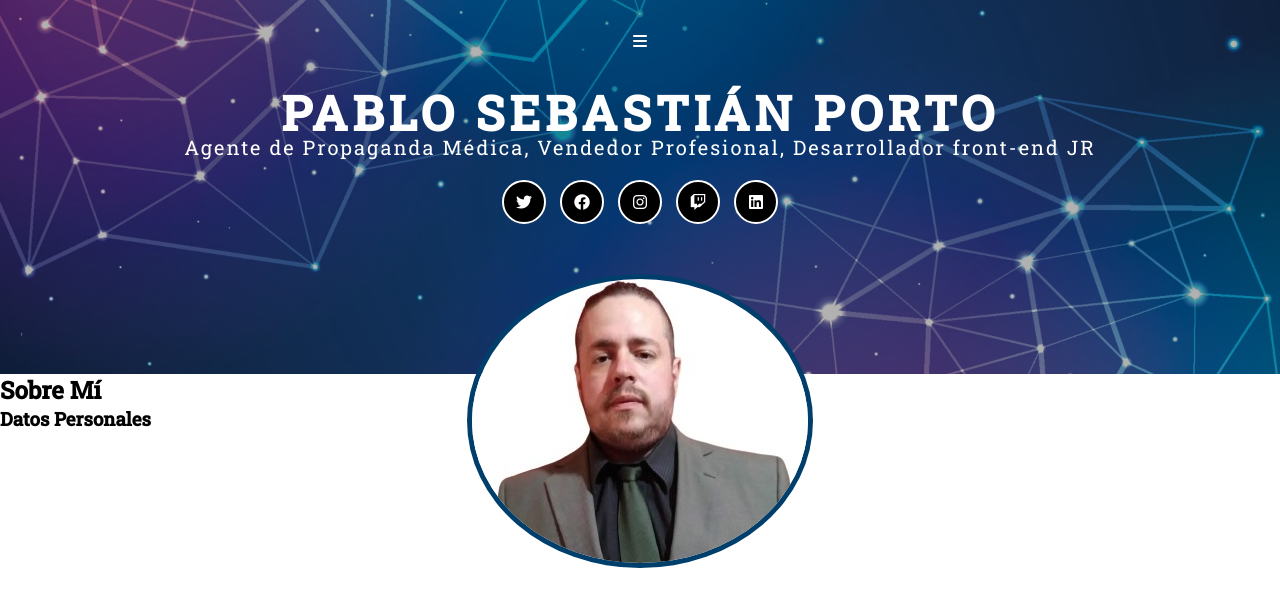
Repository: PabloSebastianPorto/Entrega-CV-1-ARG-PROG
Page: CVFINAL/CVfinal.HTML
The author's editor kept a copy of each file at every save. The page is drawn from the files as they stood at one save, then again after the next save.
The browser window is 1280 px wide. The pictures show the whole page.
Some web libraries are served in a nearby version.

Above is the page before, as saved 2023-02-25 19:33:52.

After the next save:
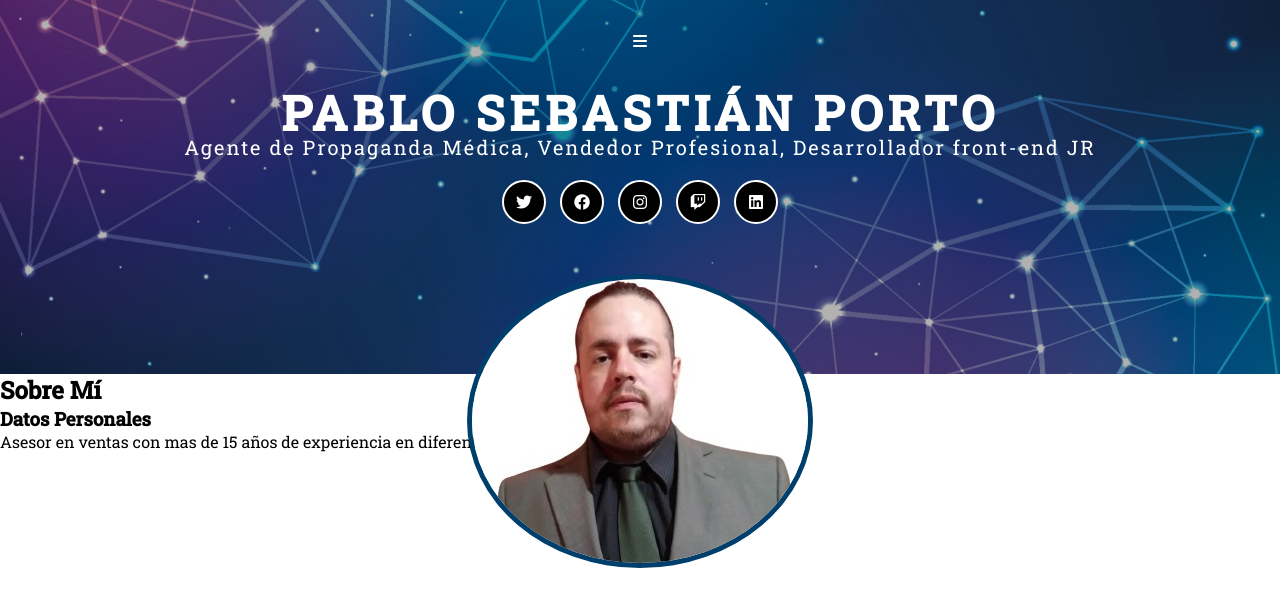
Saved 25 h 10 min later.
--- a/CVFINAL/CVfinal.HTML
+++ b/CVFINAL/CVfinal.HTML
@@ -54,7 +54,11 @@
       <div class="contenido-seccion">
         <h2 class="titulo-seccion">Sobre Mí</h2>
         <h3>Datos Personales</h3>
-        <p class="especial"></p>
+        <p class="especial">
+          Asesor en ventas con mas de 15 años de experiencia en diferentes
+          rubros.
+        </p>
+        <p></p>
       </div>
     </section>
   </body>
